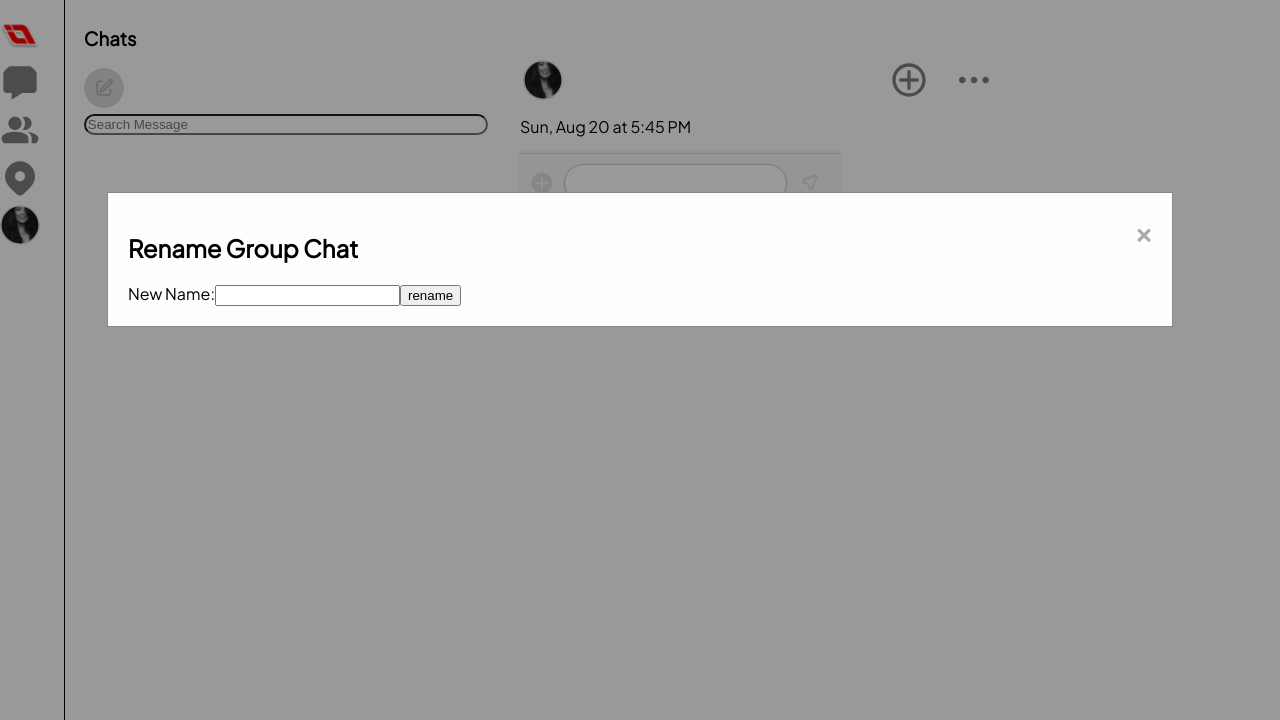
Repository: Nicktacku/LawChat
Page: /homechat (app in frontend/lawchat/)
These files come from the project's save history. The page is drawn as it stood at one moment and after the next save; the edit follows.
The browser window is 1280 px wide. The pictures show the whole page.
The page's requests for data from a server got no answer. The project was rebuilt for these pictures with package versions that can differ from the ones it lists, and the page was loaded fresh each time. No one was signed in, and anything a server would have sent is missing. Also part of the build but not shown: frontend/lawchat/src/styles/button.css, frontend/lawchat/src/components/Button.js, frontend/lawchat/src/pages/Home.js, frontend/lawchat/src/pages/Login.js, frontend/lawchat/src/styles/chatpreview.css, frontend/lawchat/src/components/ChatPreview.js, frontend/lawchat/src/components/ChatBubble.js, frontend/lawchat/src/pages/Test.js.

Above is the page before, as saved 2024-08-19 18:23:37.

After the next save:
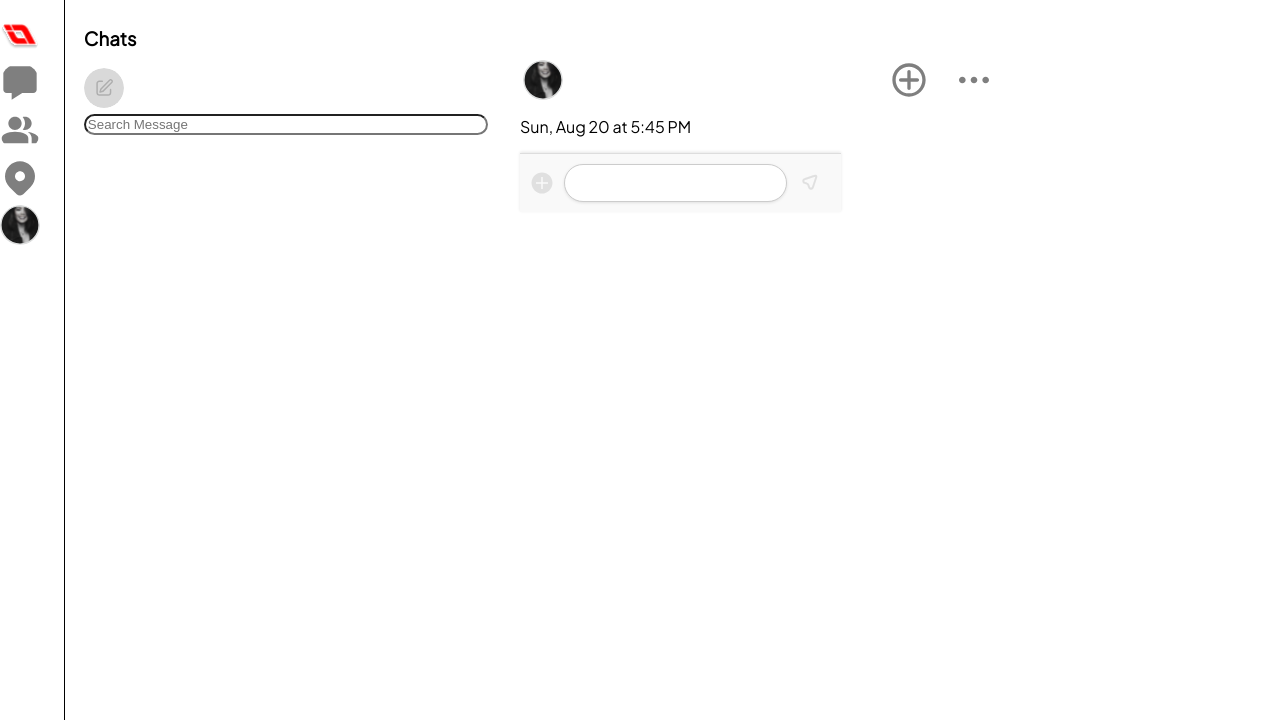
Saved 4 min 43 s later.
--- a/frontend/lawchat/src/pages/HomeChat.js
+++ b/frontend/lawchat/src/pages/HomeChat.js
@@ -222,7 +222,7 @@ const HomeChat = () => {
           <div
             id="myModal"
             class="modal"
-            style={!newNameModal ? { display: "block" } : { display: "none" }}
+            style={newNameModal ? { display: "block" } : { display: "none" }}
           >
             <div class="modal-content">
               <span class="close">&times;</span>
